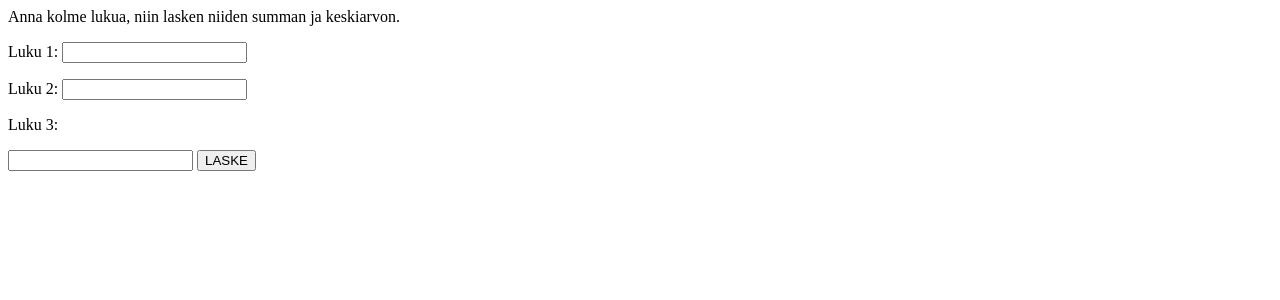
Repository: koodaajakige/knykanen
Page: public_html/be/kolmelukua.html
These files come from the project's save history. The page is drawn as it stood at one moment and after the next save; the edit follows.
The browser window is 1280 px wide. The pictures show the whole page.

Above is the page before, as saved 2022-10-14 14:55:22.

After the next save:
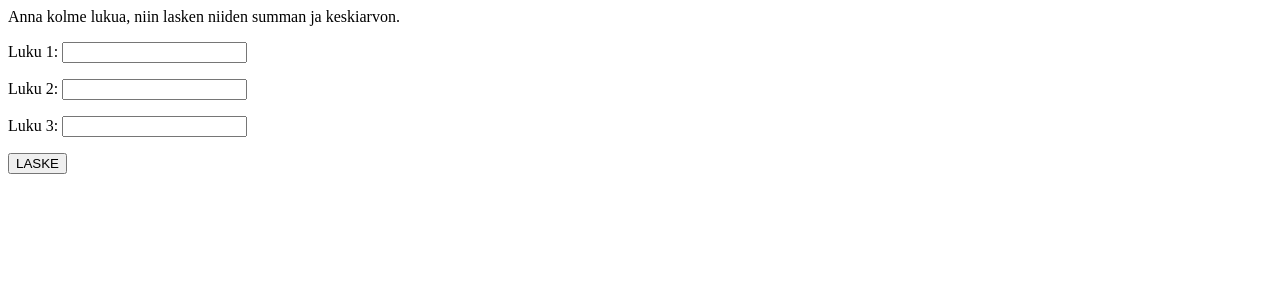
Saved 12 s later.
--- a/public_html/be/kolmelukua.html
+++ b/public_html/be/kolmelukua.html
@@ -9,8 +9,8 @@
     <input type="text" name="luku1"></p>
     <p>Luku 2:
     <input type="text" name="luku2"></p>
-    <p>Luku 3:</p>
-    <input type="text" name="luku3">
+    <p>Luku 3:
+    <input type="text" name="luku3"></p>
     <input type="submit" value="LASKE">
 </form>
 </body>
